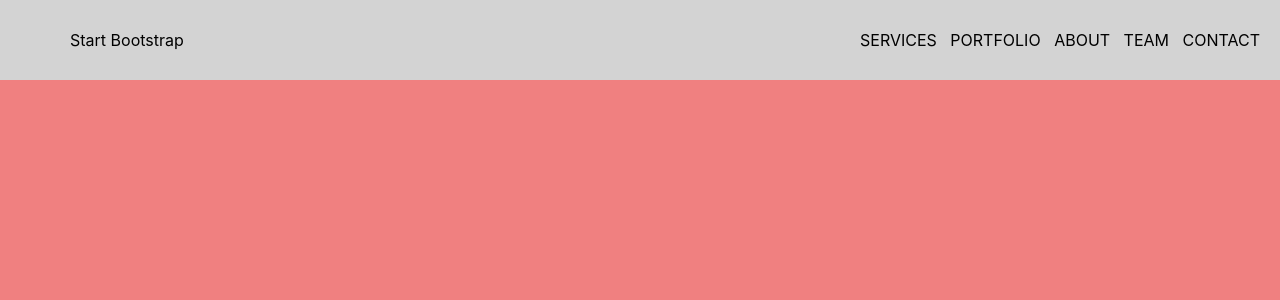
Repository: ooter37/media-queries-afternoon
Page: / (app in portfolio-clone/)
These files come from the project's save history. The page is drawn as it stood at one moment and after the next save; the edit follows.
The browser window is 1280 px wide. The pictures show the whole page.
The project was rebuilt for these pictures with package versions that can differ from the ones it lists, and the page was loaded fresh each time.

Above is the page before, as saved 2020-04-13 13:49:23.

### portfolio-clone/src/App.js
import React from 'react';
import './App.css';
import Banner from './Components/Banner'

function App() {
  return (
    <div className="App">
      <Banner />
    </div>
  );
}

export default App;

### portfolio-clone/src/App.css
body {
  width: 100vw;
  background-color: lightcoral;
}

.header {
  width: 100%;
  height: 80px;
  background-color: lightgrey;
  display: flex;
}

.navbar {
  height: 100%;
  width: 100%;
  display: flex;
  align-items: center;
}

.buttons {
  width: 400px;
	display: flex;
	flex-direction: row;
	justify-content: space-between;
  align-items: center;
  position: fixed;
  top: 30px;
  right: 20px;

}

.start-bootstrap {
  width: 400px;
  position: fixed;
  left: 70px;
}

@media screen and (max-width: 991px) {
  .navbar {
    flex-direction: column;
  }
  .buttons {
    flex-direction: column;
    min-width: 300px;
    height: 300px;

    left: 20px;
  }

}

### portfolio-clone/src/Components/Banner.js
import React from 'react'



export default class Banner extends React.Component {
    constructor() {
        super()

    }
    render() {
        return (
            <header className='header'>
                <nav className='navbar'>
                    <div className='start-bootstrap'>Start Bootstrap</div>
                    <div className='buttons'>

                            <div>SERVICES</div>

                            <div>PORTFOLIO</div>

                            <div>ABOUT</div>

                            <div>TEAM</div>

                            <div>CONTACT</div>

                    </div>
                </nav>
            </header>
        )
    }
}

Loaded but not shown: portfolio-clone/public/index.html (common file); portfolio-clone/src/index.js (common file); portfolio-clone/src/index.css (common file); portfolio-clone/src/serviceWorker.js (common file)

After the next save:
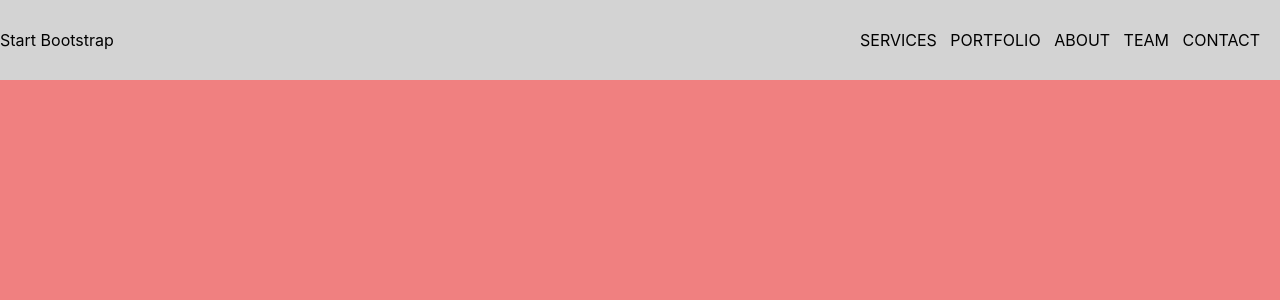
Saved 11 s later.
--- a/portfolio-clone/src/App.css
+++ b/portfolio-clone/src/App.css
@@ -32,7 +32,7 @@ body {
 .start-bootstrap {
   width: 400px;
   position: fixed;
-  left: 70px;
+
 }
 
 @media screen and (max-width: 991px) {
